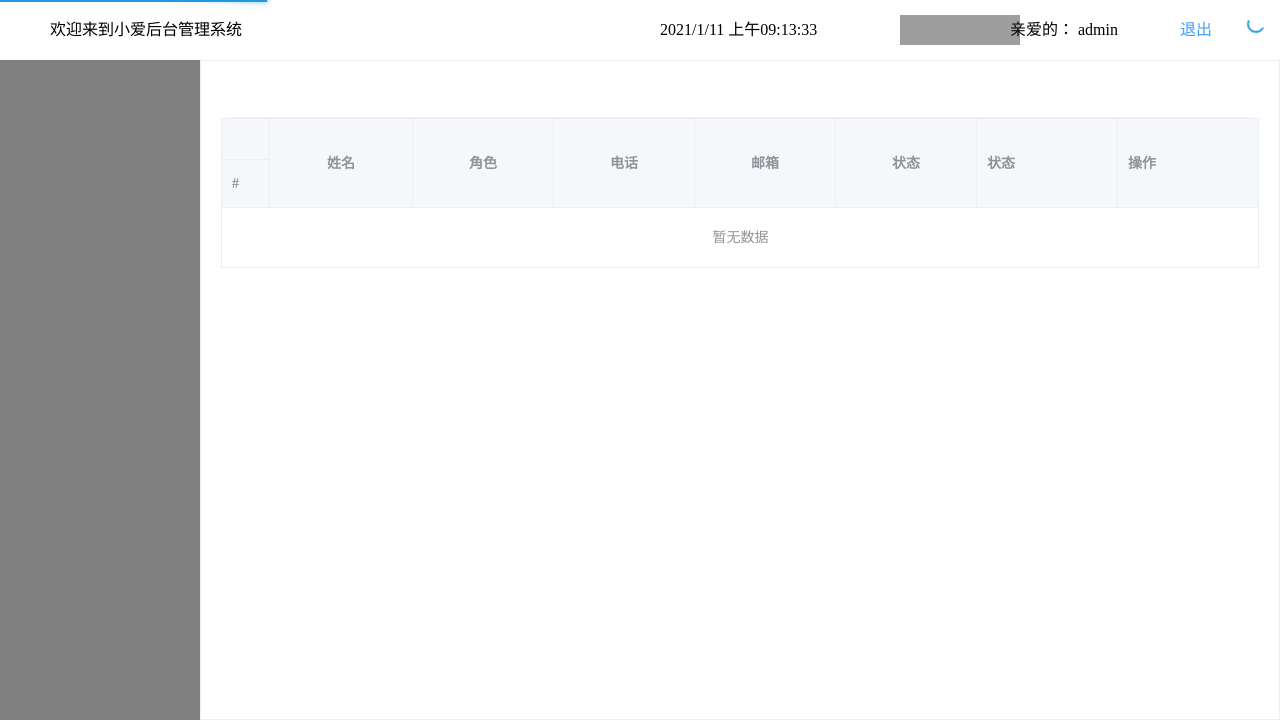
Repository: heyegang/vuex
Page: /usermanagement
An editor plug-in stored every save of this project. The page is shown before and after the next save, followed by the edit.
The browser window is 1280 px wide. The pictures show the whole page.
Pictures or frames that could not be fetched are drawn as grey boxes. The page's requests for data from a server got no answer. The project was rebuilt for these pictures with package versions that can differ from the ones it lists, and the page was loaded fresh each time. No one was signed in, and anything a server would have sent is missing. Also part of the build but not shown: vue.config.js, src/views/Home.vue, src/components/navsidebar/NavSidebar.vue.

Above is the page before, as saved 2021-01-12 09:08:30.

### src/main.js
import Vue from "vue";
import App from "./App.vue";
import router from "./router";
import store from "./store";
import ElementUI from "element-ui";
import "element-ui/lib/theme-chalk/index.css"

Vue.use(ElementUI)
Vue.config.productionTip = false;

new Vue({
  router,
  store,
  render: h => h(App)
}).$mount("#app");

### src/App.vue
<template>
  <div id="app">
    <router-view />
  </div>
</template>

<style lang="scss">
*{
  margin: 0;
  padding: 0;
}
html,body,#app{
  height: 100%;
}
</style>

### src/router/index.js
import Vue from "vue";
import VueRouter from "vue-router";
import Home from "../views/Home.vue";
import Layout from "../views/layout/Layout.vue";

Vue.use(VueRouter);

const routes = [
  {
   path:"",
  component:Layout,
  children:[{
    path: "/",
    name: "Home",
    component: Home
  },
  {
    path: "/usermanagement",
    name: "usermanagement",
    component: () => import('../views/usermanagement/UserManagement.vue')
  },

  ]},
  {
    path: "/login",
    name: "login",
    component: () => import('../views/login/Login.vue')
  },
];

const router = new VueRouter({
  mode: "history",
  base: process.env.BASE_URL,
  routes
});

export default router;

### src/store/index.js
import Vue from "vue";
import Vuex from "vuex";
import user from "./user";
import layout from "./layout";
import Administration from "./Administration/Administration"
Vue.use(Vuex);

export default new Vuex.Store({
  state: {
    // 存放数据
  },
  mutations: {
    // 同步修改state
  },
  actions: {},
  modules: {
    // 代表模块
    user,
    layout,
    Administration,
  }
});

### src/views/layout/Layout.vue
<template>
  <div>
    <el-container>
      <el-header>
        <nav-header></nav-header>
      </el-header>
      <el-container>
        <el-aside width="200px">
          <nav-sidebar :layouts='layouts' v-if='layouts.length>0'></nav-sidebar>
        </el-aside>
        <el-main>
          <nav-label></nav-label>
          <router-view></router-view>
        </el-main>
      </el-container>
    </el-container>
  </div>
</template>

<script>
import NavHeader from "../../components/navheader/NavHeader";
import NavSidebar from "../../components/navsidebar/NavSidebar";
import NavLabel from "../../components/navlabel/NavLabel";
import {createNamespacedHelpers} from 'vuex'
let userModule = createNamespacedHelpers('layout')
let {mapState: layoutState,mapActions: layoutActions} = userModule
export default {
  name: "",
  props: {},
  data() {
    return {
      sidebars:[]
    };
  },
  components: {
    NavHeader,
    NavSidebar,
    NavLabel,
  },
  methods: {
    ...layoutActions(['gettype'])
  },
  mounted() {
    this.gettype()
  },
  computed: {
    ...layoutState(['layouts'])
  },
  watch: {}
};
</script>

<style lang='scss' scoped>
.el-header,
.el-footer {
  line-height: 60px;
}

.el-aside {
  position: fixed;
  top: 60px;
  bottom: 0;
  background-color: gray;
}

.el-main {
  position: fixed;
  bottom: 0;
  right: 0;
  top: 60px;
  left: 200px;
  border: 1px solid #eeeeee;
}

body > .el-container {
  margin-bottom: 40px;
}

.el-container:nth-child(5) .el-aside,
.el-container:nth-child(6) .el-aside {
  line-height: 260px;
}

.el-container:nth-child(7) .el-aside {
  line-height: 320px;
}
</style>

### src/views/usermanagement/UserManagement.vue
<template>
  <div class="back">
      <!-- <el-table
      :data="Administrations"
      style="width: 100%">
      <el-table-column
        prop="username"
        label="姓名">
      </el-table-column>
      <el-table-column
        prop="role_name"
        label="角色">
      </el-table-column>
      <el-table-column
        prop="mobile"
        label="电话">
      </el-table-column>
      <el-table-column
        prop="email"
        label="邮箱">
      </el-table-column>
    </el-table> -->
    <ai-table :data="Administrations" :columns="columns" border :extend='extend'>
      <template #action='scope'>
        <el-button type='primary' @click='edit(scope.scope)' size="mini">
          <i class="el-icon-edit"></i>
        </el-button>
        <el-button type='danger' @click='cls' size="mini">
          <i class="el-icon-delete"></i>
        </el-button>
        <el-button type='warning' @click='distribution' size="mini">
          <i class="el-icon-setting"></i>
        </el-button>
      </template>
      <template #switchs>
        <el-switch
          v-model="value"
          active-color="#13ce66"
          inactive-color="#ff4949">
        </el-switch>
      </template>
    </ai-table>
  </div>
</template>

<script>
import {createNamespacedHelpers} from "vuex"
let userModule = createNamespacedHelpers('Administration')
let {mapState: AdmState,mapActions: AdmActions} = userModule
import AiTable from "../../components/aitable/AiTable"
export default {
  name: '',
  props:{

  },
  data () {
    return {
      value: true,
      pagenum:1,
      pagesize:5,
      query:'',
      columns:[
        {
          label:'姓名',
          prop:'username',
          align:'center',
        },
        {
          label:'角色',
           prop:'role_name',
           align:'center',
        },
        {
          label:'电话',
           prop:'mobile',
           align:'center',
        },
        {
          label:'邮箱',
           prop:'email',
           align:'center',
        },
        {
          label:'状态',
           prop:'mg_state',
           align:'center',
        },
        {
          label:'操作',
           prop:'',
           align:'center',

        },
      ],
      extend: [
        {
          type:'index',
          label:'#'
        },
      ]
    }
  },
  components: {
    AiTable,
  },
  methods: {
    ...AdmActions(['getusers']),
    edit(scope){
      console.log(scope)
    }
  },
  mounted() {
    this.getusers({
      query:'',
      pagenum:this.pagenum,
      pagesize:this.pagesize,
    })
  },
  computed: {
    ...AdmState(['Administrations'])
  },
  watch: {}
}
</script>

<style lang='scss' scoped>
.back{
  color: black;
}
</style>

### src/store/user.js
import { Message } from "element-ui";
import api from '../http/api';
import router from '../router'

export default {
    namespaced:true,
    // 开启命名空间

    state: {
        // 存放数据
        users:[]
      },
      mutations: {
        // 同步修改state
        setUsers(state,data){
            state.users = data
        }
      },
      actions: {
        //   发请求
        // 所有的方法
        // 登录 每一个action的方法都有两个参数 第一个是store 第二个是请求的参数
        // store可以解构为commit dispatch(提交另外一个action)
        async login(_,params){
            let res = await api.login(params)
            if(res.meta.status === 200){
                // 请求成功 存用户 跳转路由 提示用户
                localStorage.setItem('user', JSON.stringify(res.data))
                localStorage.setItem('token', res.data.token)
                Message.success('登录成功')
                router.push('/')
            } else {
                Message.error(res.meta.msg)
            }
        },
        // async getUsers({commit},params){
        //     let res = await api.getUsers(params)
        //     if(res.meta.status === 200) {
        //         commit('setUsers',res.data)
        //     }else {
        //         Message.error(res.meta.msg)
        //     }
        // } ,
      },
}

### src/store/layout.js
import api from '../http/api';
import { Message } from "element-ui";



export default {
  namespaced:true,
  state: {
    // 存放数据
    layouts:[]
  },
  mutations: {
    // 同步修改state
    setLayout(state,data){
      state.layouts = data
    }
  },
  actions: {
    async gettype({commit},params){
      let res = await api.gettype(params)
      if(res.meta.status === 200){
       console.log(res)
        commit('setLayout',res.data)
      }else {
        Message.error(res.meta.msg)
      }
    },
  },
}

### src/store/Administration/Administration.js
import { Message } from "element-ui";
import api from '../../http/api';

export default({
  namespaced:true,

  state: {
    // 存放数据
    Administrations:[]
  },
  mutations: {
    // 同步修改state
    setAdministration(state,data){
      state.Administrations = data
    }
  },
  actions: {
    async getusers({commit},params){
      let res =await api.getusers(params)
      if(res.meta.status === 200) {
        console.log(res)
        commit('setAdministration',res.data.users)
      } else {
        Message.error(res.meta.msg)
      }
    }
  },
})

### src/components/navheader/NavHeader.vue
<template>
  <div class="top">
      <div style="margin-left:30px;">
          欢迎来到小爱后台管理系统
      </div>
      <div class="box">
          {{times}}
      </div>
      <div class="weather">
          <div class="weather"><iframe scrolling="no" src="https://tianqiapi.com/api.php?style=yd&skin=pitaya" frameborder="0" width="100%" height="30" allowtransparency="true"></iframe></div>
    <!--获取天气-->
      </div>
      <div class="hello">
          亲爱的： admin
      </div>
      <div class="esc">
          退出
      </div>
  </div>
</template>

<script>
export default {
  name: '',
  props:{},
  data () {
    return {
      times:'',//格式化之后的当前时间
      currentTime: new Date() //当前时间
    }
  },
  components: {},
  methods: {
    getTimes(){
      setInterval(this.getTimesInterval, 1000);
    },
    getTimesInterval:function() {
      let _this = this;
      let year = new Date().getFullYear(); //获取当前时间的年份
      let month = new Date().getMonth() + 1; //获取当前时间的月份
      let day = new Date().getDate(); //获取当前时间的天数
      let hours = new Date().getHours(); //获取当前时间的小时
      let minutes = new Date().getMinutes(); //获取当前时间的分数
      let seconds = new Date().getSeconds(); //获取当前时间的秒数
      let hello = "";
      //当小于 10 的是时候，在前面加 0
      if (hours < 10) {
        hours = "0" + hours;
      }
      if (minutes < 10) {
        minutes = "0" + minutes;
      }
      if (seconds < 10) {
        seconds = "0" + seconds;
      }
      //一天中的时间
      if (hours > 6 && hours <13){
          hello = "上午";
      }
      if (hours > 13 && hours <18){
          hello = "下午";
      }
      if (hours > 18 && hours <24){
          hello = "晚上";
      }
      if (hours >0 && hours < 6){
          hello = "凌晨";
      }
      //拼接格式化当前时间
      _this.times = year + "/" + month + "/" + day + " " +hello+ hours + ":" + minutes + ":" + seconds;
    },
  },
  mounted() {
    this.getTimes()
  },
  computed: {},
  watch: {},
}
</script>

<style lang='scss' scoped>
.top{
    display: flex;
    position: relative;
    line-height: 60px;
}
.box{
    width: 220px;
    position: absolute;
    right: 380px;
    color: black;
}
.weather{
    width: 120px;
    position: absolute;
    right: 120px;
    top: 5px;
}
.hello{
    width: 120px;
    position: absolute;
    right: 130px;
}
.esc{
    width: 60px;
    position: absolute;
    right: 20px;
    color: #409EFF;
}
</style>

### src/components/navlabel/NavLabel.vue
<template>
  <div class="LabelBox">
  </div>
</template>

<script>
export default {
  name: '',
  props:{},
  data () {
    return {
    }
  },
  components: {},
  methods: {},
  mounted() {},
  computed: {},
  watch: {}
}
</script>

<style lang='scss' scoped>
.LabelBox{
  width: 98%;
  height: 36px;
  border-bottom: 1px solid #eee;
  margin-left: 1%;

}
</style>

### src/components/aitable/AiTable.vue
<template>
  <!-- <div>
    <ai-form></ai-form>
  </div> -->
    <el-table
      :border="border"
      :data="data"
      style="width: 100%"
      >
      <el-table-column v-if="extend && extend.length">
        <el-table-column
        v-for="(item) in extend"
        :key="item.type"
        :type="item.type"
        :label="item.label"
        >
        </el-table-column>
      </el-table-column>
      <el-table-column
      v-for="(item,index) in columns.slice(0, columns.length - 1)"
      :key="index"
      :prop="item.prop"
      :label="item.label"
      :align='item.align'
      >
      </el-table-column>

      <el-table-column :label="columns[columns.length-2].label">
        <template >
          <slot name="switchs" scope="scope"></slot>
        </template>
      </el-table-column>

      <!-- <el-table-column>
        <template slot-scope="scope">
          <slot name="action" :scope="scope"></slot>
        </template>
      </el-table-column> -->
      <el-table-column :label="columns[columns.length-1].label">
        <template slot-scope="scope">
          <slot name="action" :scope="scope"></slot>
        </template>
      </el-table-column>
    </el-table>
</template>

<script>

export default {
  name: '',
  props:{
    data:{
      type:Array,
      required:true
    },
    columns:{
      type:Array,
      required:true
    },
    border:{
      type:Boolean,
      dafault:false,
    },
    extend:{
      type:Array,
    }
  },
  data () {
    return {

    }
  },
  components: {},
  methods: {},
  mounted() {},
  computed: {},
  watch: {}
}
</script>

<style lang='scss' scoped>

</style>

### src/http/api.js
import http from './index'

export default{
     login({username,password}){
        return http.post('/login',{
            username,
            password
        })
     },
    //  getUsers({pagenum,pagesize,query}){
    //      if(query){
    //          return http.get(`/users?pagenum=${pagenum}&pagesize=${pagesize}&query=${query}`)
    //      } else {
    //          return http.get(`/users?pagenum=${pagenum}&pagesize=${pagesize}`)
    //      }

    //  },
     gettype(){
         return http.get('/menus')
     },
     getusers({query,pagenum,pagesize}){
        if(query){
            return http.get(`/users?pagenum=${pagenum}&pagesize=${pagesize}&query=${query}`)
        } else {
            return http.get(`/users?pagenum=${pagenum}&pagesize=${pagesize}`)
        }
     },
}

### src/http/index.js
import axios from 'axios'
import nprogress from 'nprogress'
import 'nprogress/nprogress.css'
import {Message} from 'element-ui'

// 需要区分当前环境是开发环境(development)还是生产环境(production)
let isPro = process.env.NODE_ENV === 'productin'

const http = axios.create({
    baseURL: isPro ? '线上接口路径':'/api',
    timeout:10000
})

// 请求拦截
http.interceptors.request.use(config =>{
    nprogress.start()
    // 配置token token是鉴权的一种方式
    // 在登陆成功后 会返回当前用户的token 存在本地
    // 可用（百度：js加密插件）加密插件加密token
    let token = localStorage.getItem('token')
    // 账号密码和token分开存
    if(token){
        config.headers.Authorization = token
    }
    return config
},err =>{
    nprogress.done()
    return Promise.reject(err)
})

// 响应拦截
http.interceptors.response.use(res => {
    nprogress.done()
    return res.data
},err => {

    // 请求失败
    let status = err.response && err.response.status
    // 状态码
    if (status === 400) {
        Message.error('参数错误')
    }
    if (status === 401) {
        Message.error('没有权限')
    }
    if (status === 403) {
        Message.error('登录过期')
    }
    if (status === 404) {
        Message.error('路径错误')
    }
    if (status === 500) {
        Message.error('服务器错误')
    }
    if (status === 403) {
        Message.error('服务器在维护')
    }
    return Promise.reject(err)
})


export default http

Loaded but not shown: public/index.html (common file)

After the next save:
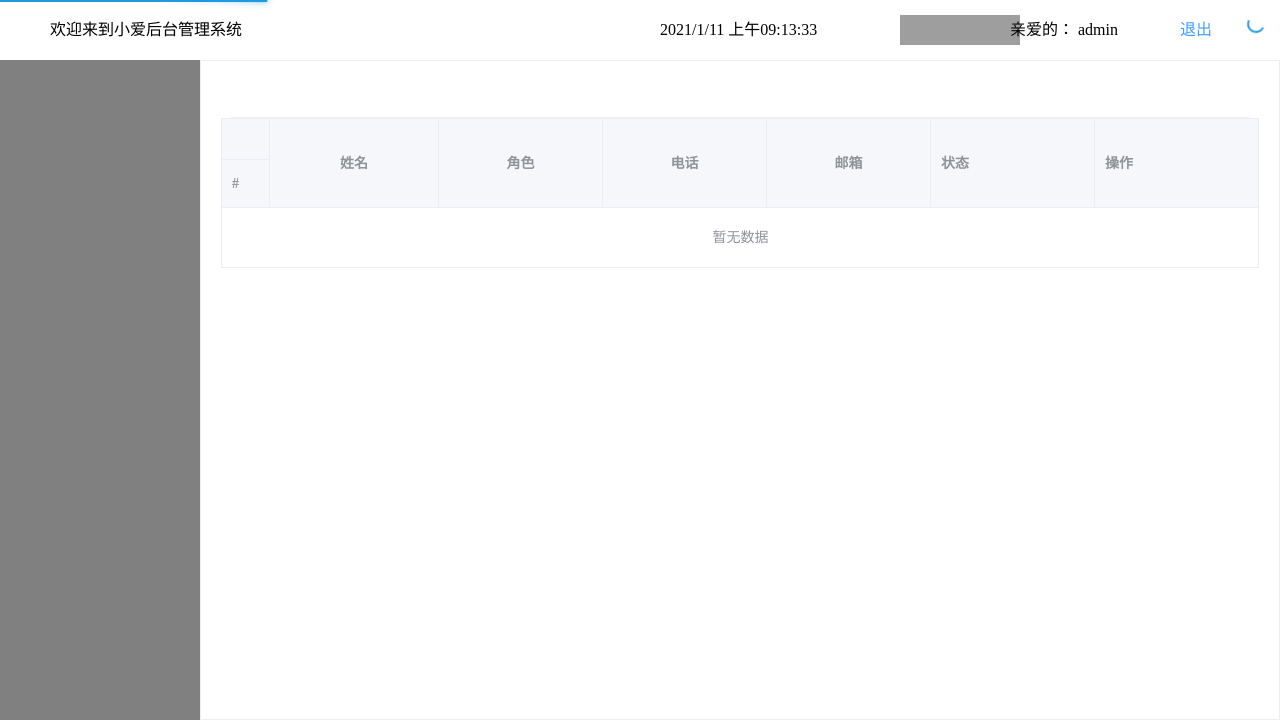
Saved 80 s later.
--- a/src/components/aitable/AiTable.vue
+++ b/src/components/aitable/AiTable.vue
@@ -17,7 +17,7 @@
         </el-table-column>
       </el-table-column>
       <el-table-column
-      v-for="(item,index) in columns.slice(0, columns.length - 1)"
+      v-for="(item,index) in columns.slice(0, columns.length - 2)"
       :key="index"
       :prop="item.prop"
       :label="item.label"
